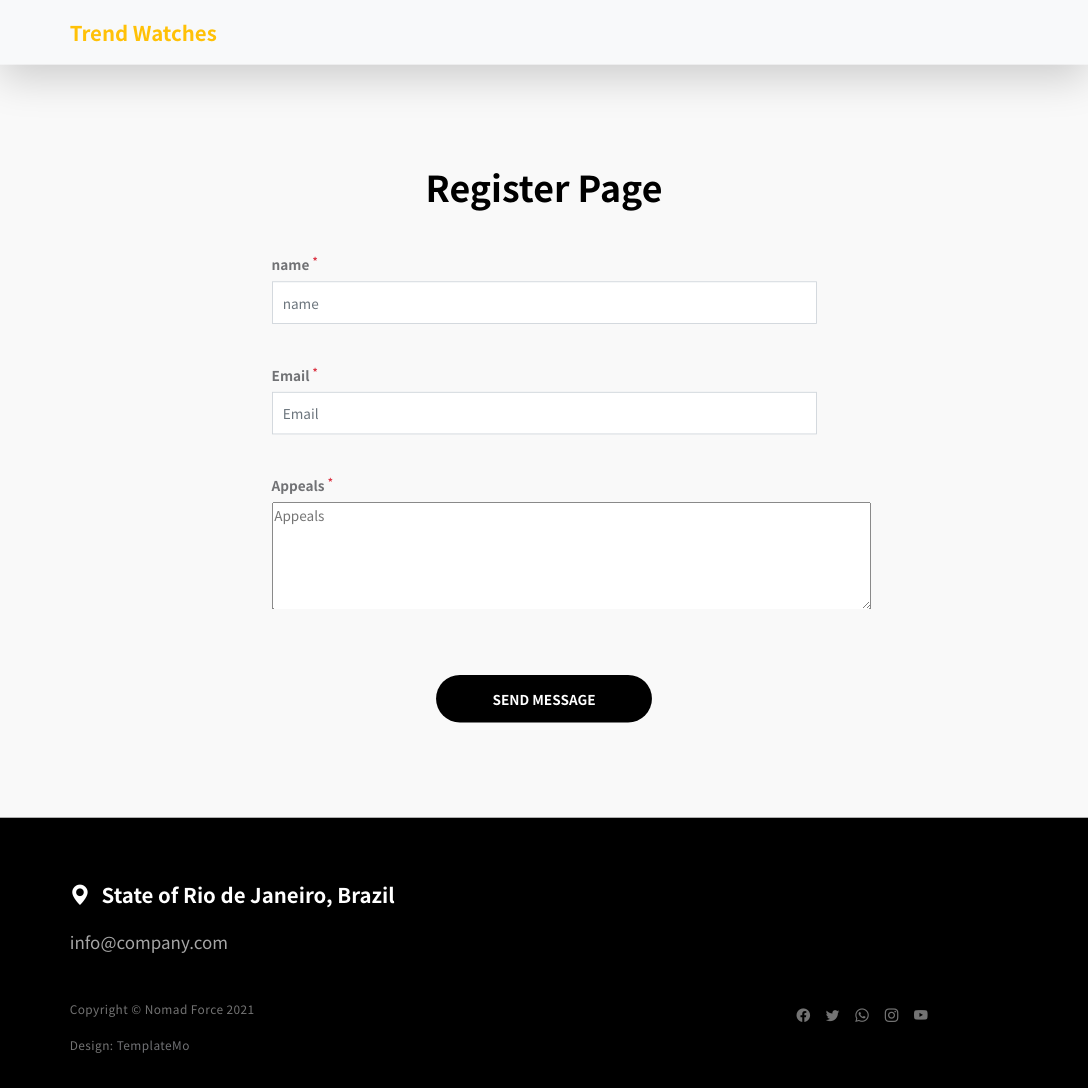
Repository: maqsudov0371/homework
Page: http://localhost/appeals
These files come from the project's save history. The page is drawn as it stood at one moment and after the next save; the edit follows.
The browser window is 1280 px wide. The pictures show the whole page, at 85% of full size.
The page is served by the project's application, run on Django 5.2 (manage.py).

Above is the page before, as saved 2024-07-13 15:55:20.

After the next save:
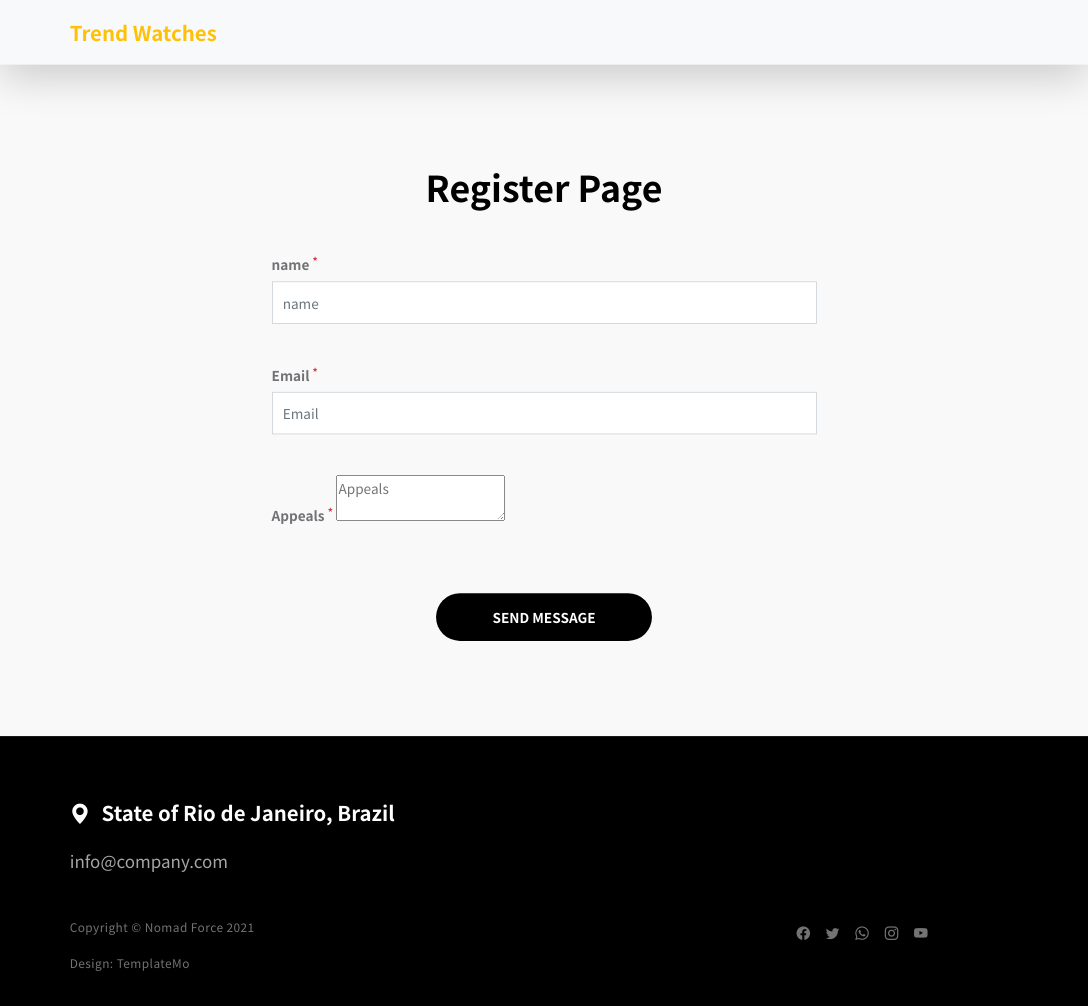
Saved 23 s later.
--- a/templates/appeals.html
+++ b/templates/appeals.html
@@ -84,7 +84,7 @@
                                         <label for="appeals" class="form-label">Appeals <sup class="text-danger">*</sup></label>
 
                                         <!-- <input type="appeals" name="appeals" id="appeals"  class="form-control" placeholder="Appeals" > -->
-                                        <textarea name="appeals" id="Appeals" cols="77" rows="5" placeholder="Appeals"></textarea>
+                                        <textarea name="appeals" id="Appeals"  placeholder="Appeals"></textarea>
                                     </div>
 
                                 <div class="col-lg-5 col-12 mx-auto mt-5">

After the 3 saves that followed:
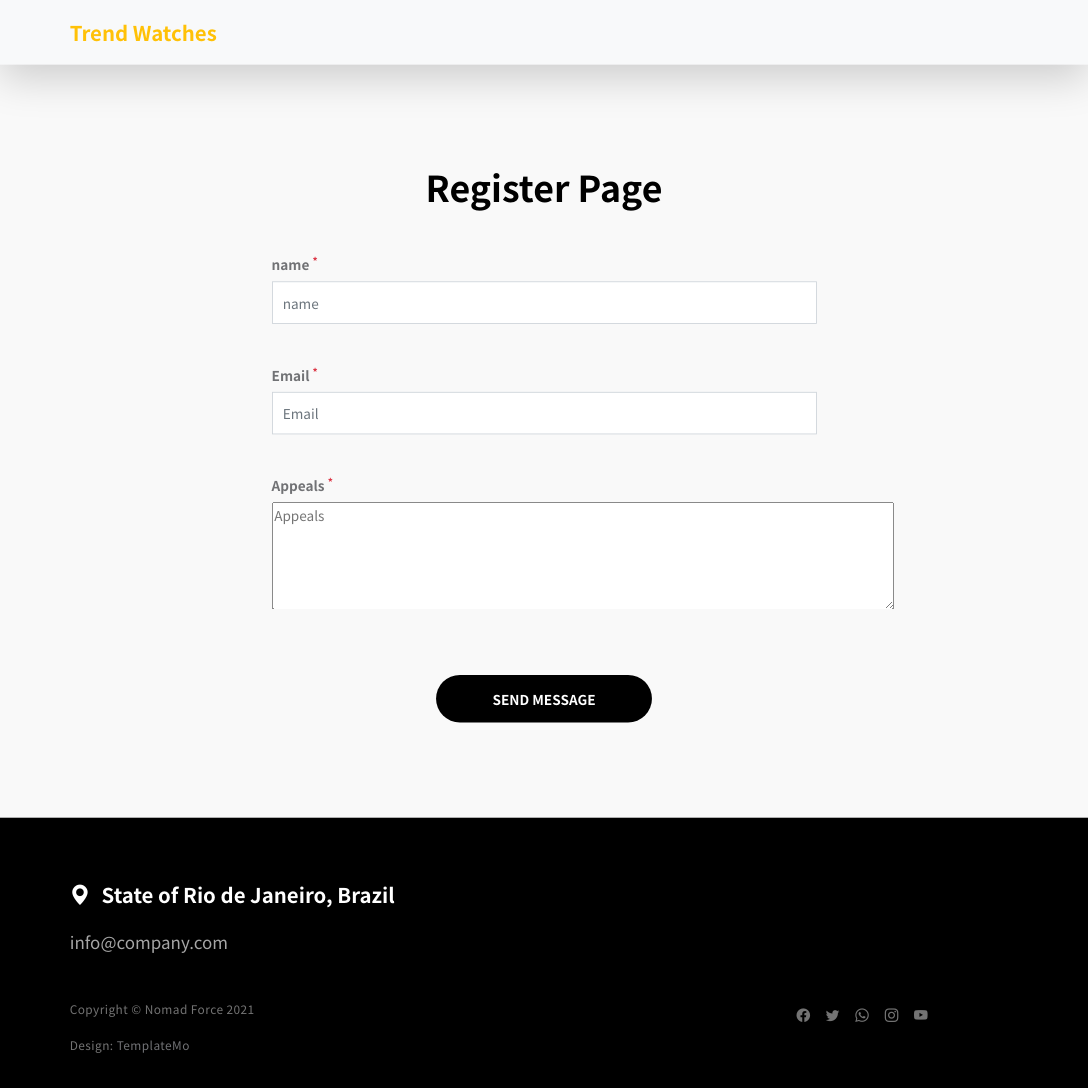
The 3 saves are shown as one change because they came seconds apart.
The last was saved 22 s later.
--- a/templates/appeals.html
+++ b/templates/appeals.html
@@ -84,7 +84,7 @@
                                         <label for="appeals" class="form-label">Appeals <sup class="text-danger">*</sup></label>
 
                                         <!-- <input type="appeals" name="appeals" id="appeals"  class="form-control" placeholder="Appeals" > -->
-                                        <textarea name="appeals" id="Appeals"  placeholder="Appeals"></textarea>
+                                        <textarea name="appeals" id="Appeals" cols="80" rows="5" placeholder="Appeals"></textarea>
                                     </div>
 
                                 <div class="col-lg-5 col-12 mx-auto mt-5">
